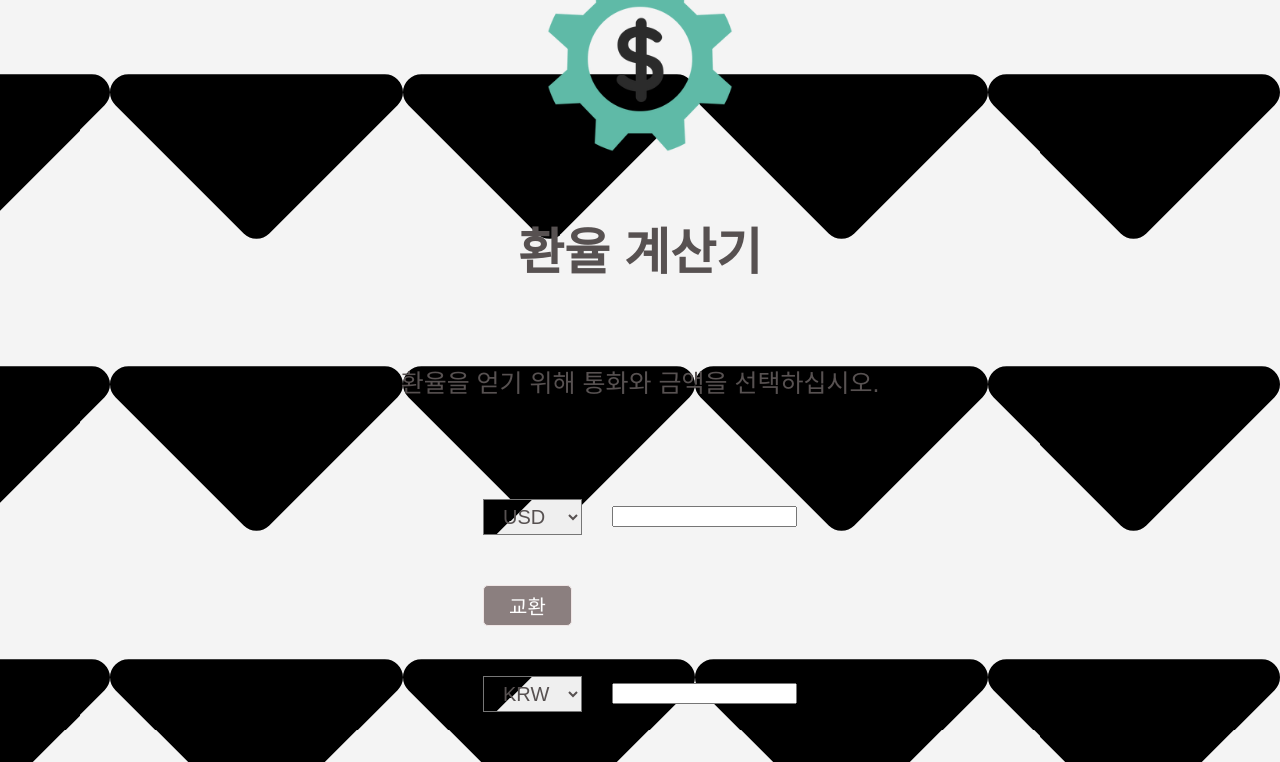
Repository: AbrorjonKuchkarov/exchange-rate
Page: index.html
The author's editor kept a copy of each file at every save. The page is drawn from the files as they stood at one save, then again after the next save.
The browser window is 1280 px wide. The pictures show the whole page.

Above is the page before, as saved 2022-02-24 01:39:26.

After the next save:
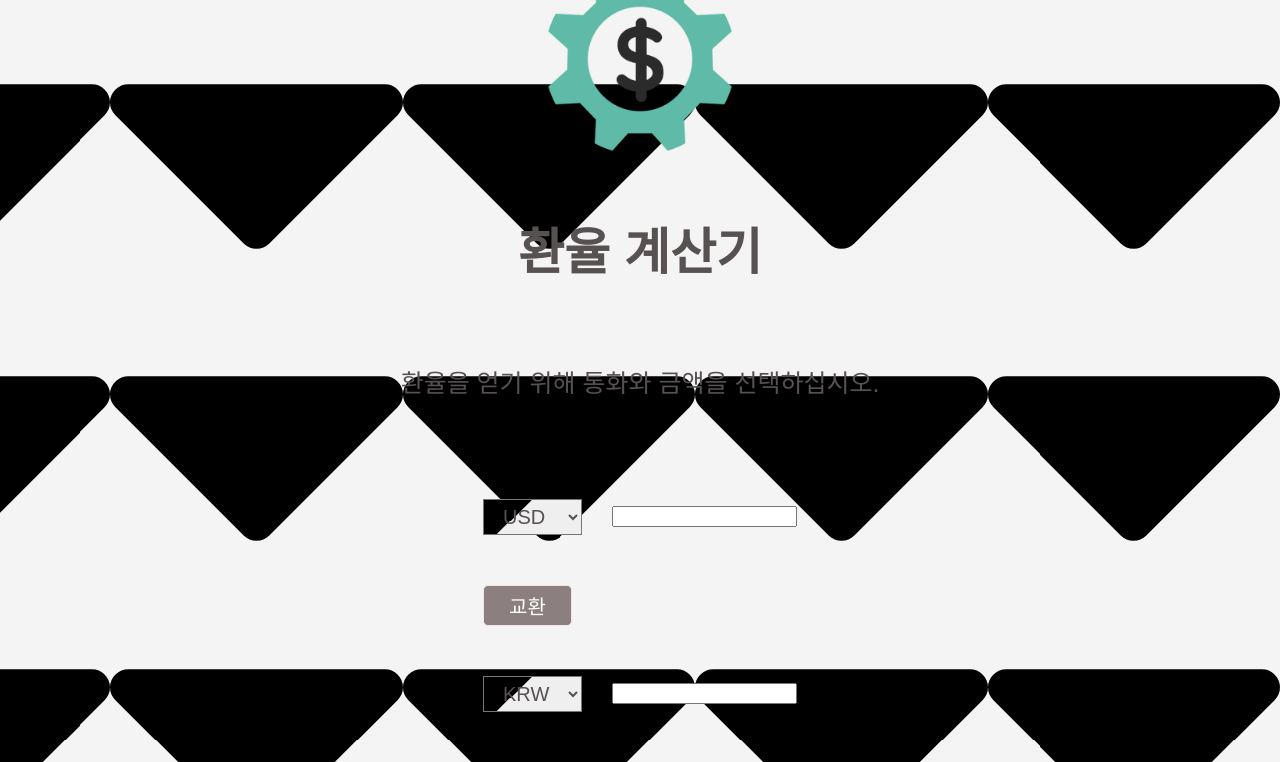
Saved 9 s later.
--- a/style.css
+++ b/style.css
@@ -13,7 +13,7 @@ body {
    background-color: #f4f4f4;
    padding: 10px;
    background-image: url('data:[embedded picture, 475 characters]');
-   background-position: right 10px;
+   background-position: right 20px;
 }
 
 img {
